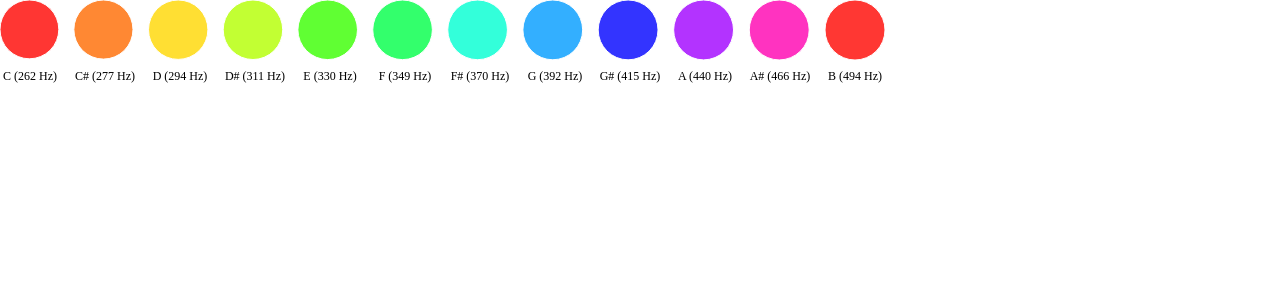
Repository: studiorichie/richielau.com
Page: assets/sound-to-color.html
An editor plug-in stored every save of this project. The page is shown before and after the next save, followed by the edit.
The browser window is 1280 px wide. The pictures show the whole page.

Above is the page before, as saved 2024-11-06 21:31:24.

After the next save:
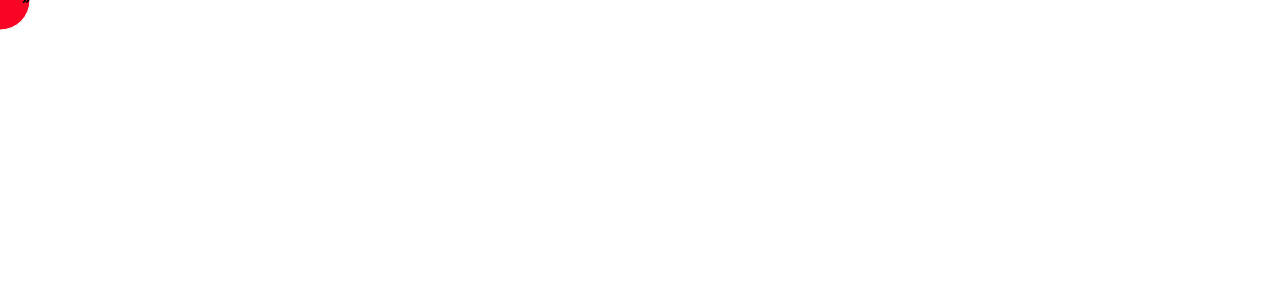
Saved 71 s later.
--- a/assets/sound-to-color.html
+++ b/assets/sound-to-color.html
@@ -215,23 +215,6 @@
 
 
 
-        function adjustCircleLayout() {
-            const svgWidth = document.getElementById("chart").clientWidth;
-            const circlesPerRow = Math.max(1, Math.floor(svgWidth / (circleRadius * 2 + padding)));
-
-            d3.select("#chart")
-                .selectAll("circle")
-                .attr("cx", (d, i) => (i % circlesPerRow) * (circleRadius * 2 + padding) + circleRadius)
-                .attr("cy", (d, i) => Math.floor(i / circlesPerRow) * (circleRadius * 2 + padding) + circleRadius);
-
-            d3.select("#chart")
-                .selectAll(".label")
-                .attr("x", (d, i) => (i % circlesPerRow) * (circleRadius * 2 + padding) + circleRadius)
-                .attr("y", (d, i) => Math.floor(i / circlesPerRow) * (circleRadius * 2 + padding) + circleRadius + 50);
-        }
-
-        adjustCircleLayout();
-        window.addEventListener("resize", adjustCircleLayout);
     </script>
 </body>
 

After the save that followed:
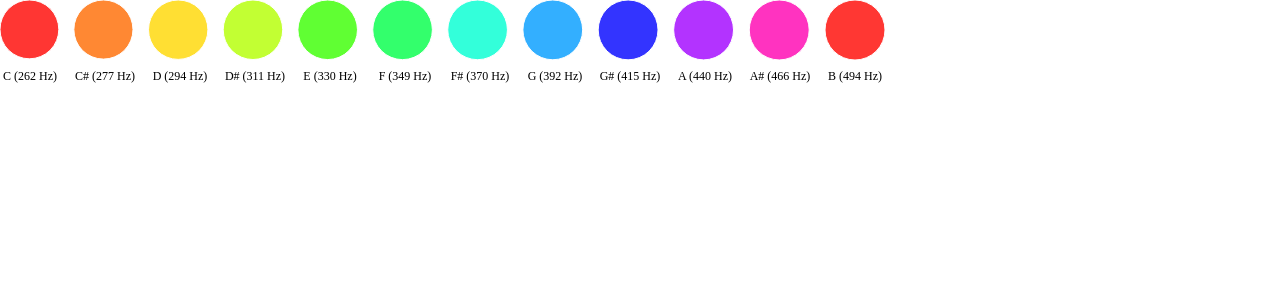
Saved 12 s later.
--- a/assets/sound-to-color.html
+++ b/assets/sound-to-color.html
@@ -215,6 +215,23 @@
 
 
 
+        function adjustCircleLayout() {
+            const svgWidth = document.getElementById("chart").clientWidth;
+            const circlesPerRow = Math.max(1, Math.floor(svgWidth / (circleRadius * 2 + padding)));
+
+            d3.select("#chart")
+                .selectAll("circle")
+                .attr("cx", (d, i) => (i % circlesPerRow) * (circleRadius * 2 + padding) + circleRadius)
+                .attr("cy", (d, i) => Math.floor(i / circlesPerRow) * (circleRadius * 2 + padding) + circleRadius);
+
+            d3.select("#chart")
+                .selectAll(".label")
+                .attr("x", (d, i) => (i % circlesPerRow) * (circleRadius * 2 + padding) + circleRadius)
+                .attr("y", (d, i) => Math.floor(i / circlesPerRow) * (circleRadius * 2 + padding) + circleRadius + 50);
+        }
+
+        adjustCircleLayout();
+        window.addEventListener("resize", adjustCircleLayout);
     </script>
 </body>
 
